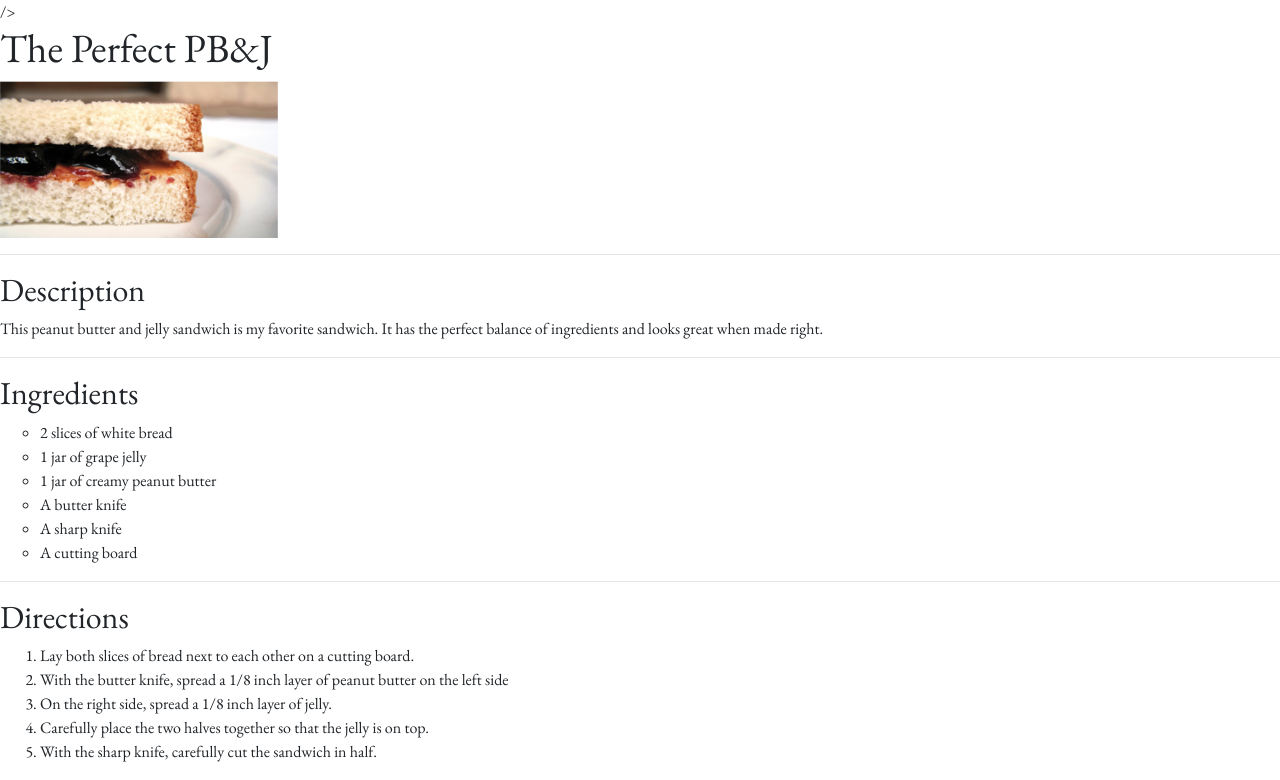
Repository: 9-5-pursuit/lab-intro-to-html
Page: recipe.html
The author's editor kept a copy of each file at every save. The page is drawn from the files as they stood at one save, then again after a run of saves.
The browser window is 1280 px wide. The pictures show the whole page.

Above is the page before, as saved 2023-02-28 09:20:07.

After the next 4 saves:
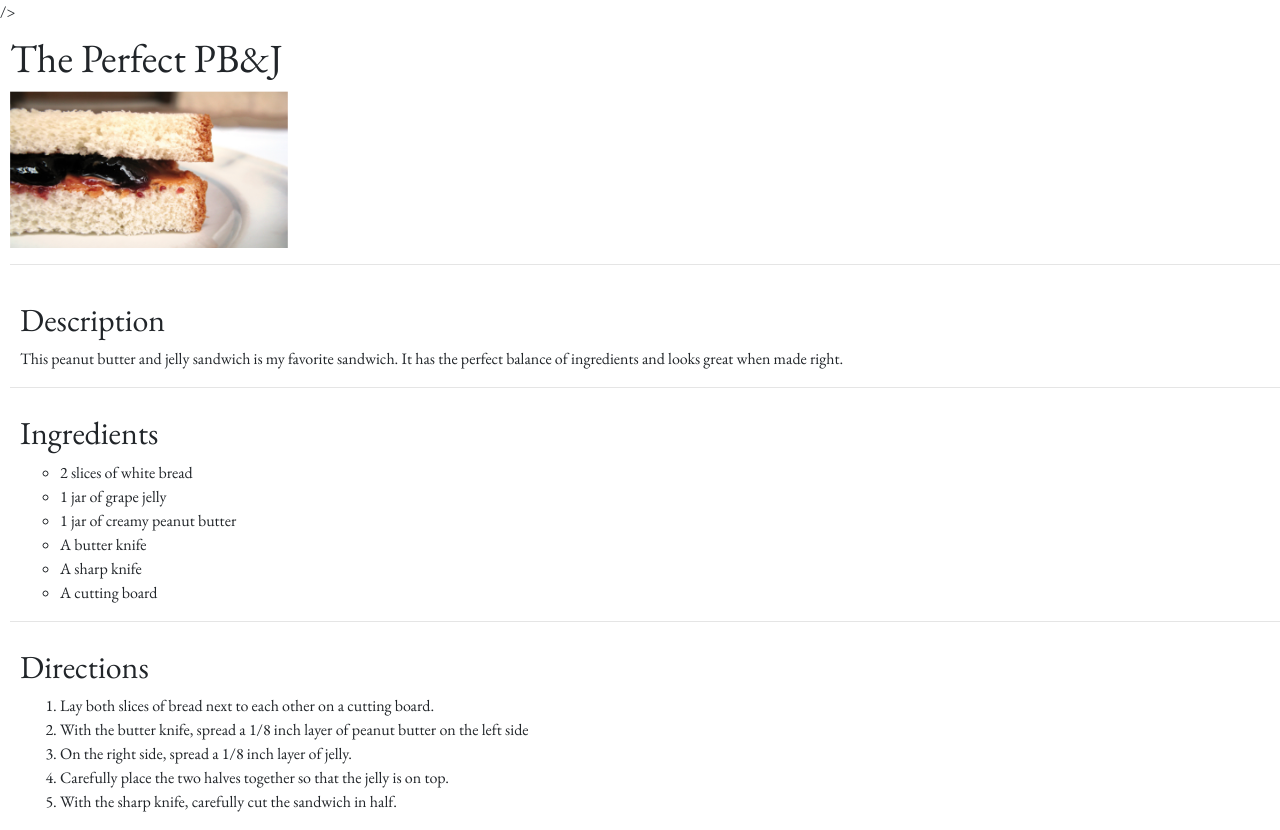
The 4 saves are shown as one change because they came seconds apart.
The last was saved 14 s later.
--- a/recipe.html
+++ b/recipe.html
@@ -18,7 +18,7 @@
     />
     <style>
       div {
-        padding-top:
+        padding-top: 10px;
         padding-left: 10px;
       }
       body {
